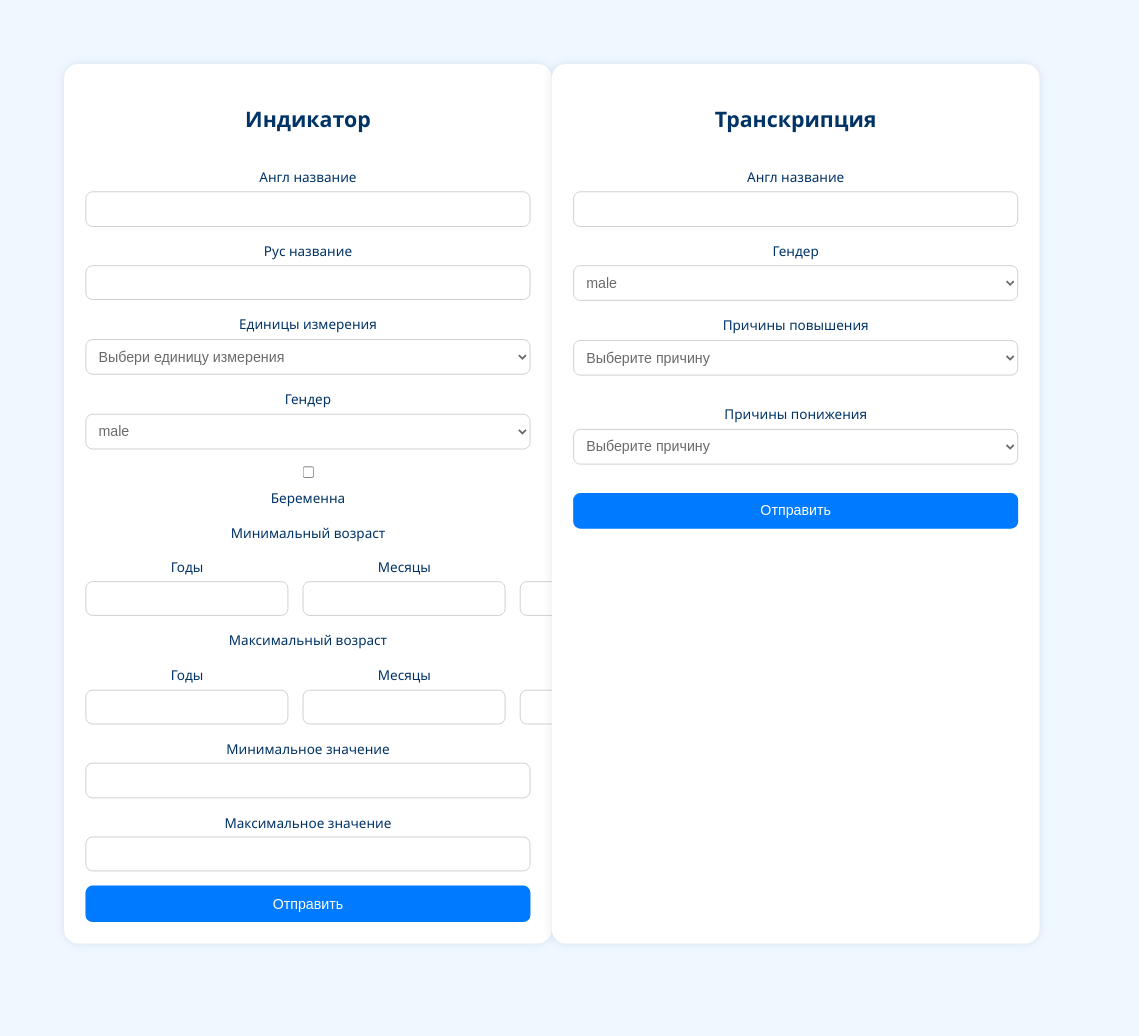
Repository: GGlebux/Transay
Page: / (app in frontend/)
An editor plug-in stored every save of this project. The page is shown before and after a run of saves, followed by the edit.
The browser window is 1280 px wide. The pictures show the whole page, at 89% of full size.
The project was rebuilt for these pictures with package versions that can differ from the ones it lists, and the page was loaded fresh each time. Also part of the build but not shown: frontend/vite.config.ts.

Above is the page before, as saved 2025-08-04 16:42:50.

After the next 2 saves:
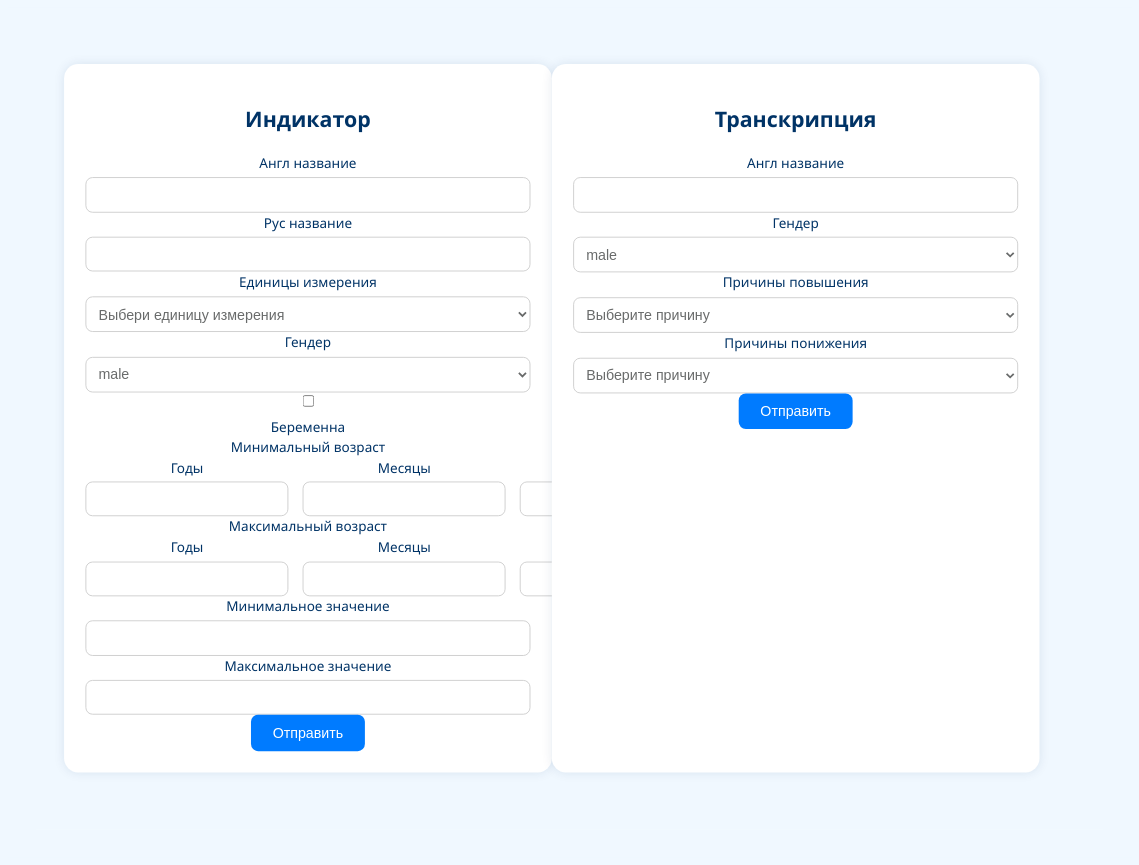
The 2 saves are shown as one change because they came seconds apart.
The last was saved 71 s later.
--- a/frontend/src/styles/forms.css
+++ b/frontend/src/styles/forms.css
@@ -36,6 +36,7 @@
   border-radius: 1rem;
   box-shadow: 0 0 12px rgba(0, 51, 102, 0.1);
   margin-bottom: 2rem;
+  m
   display: flex;
   flex-direction: column;
   gap: 1rem;

After the 3 saves that followed:
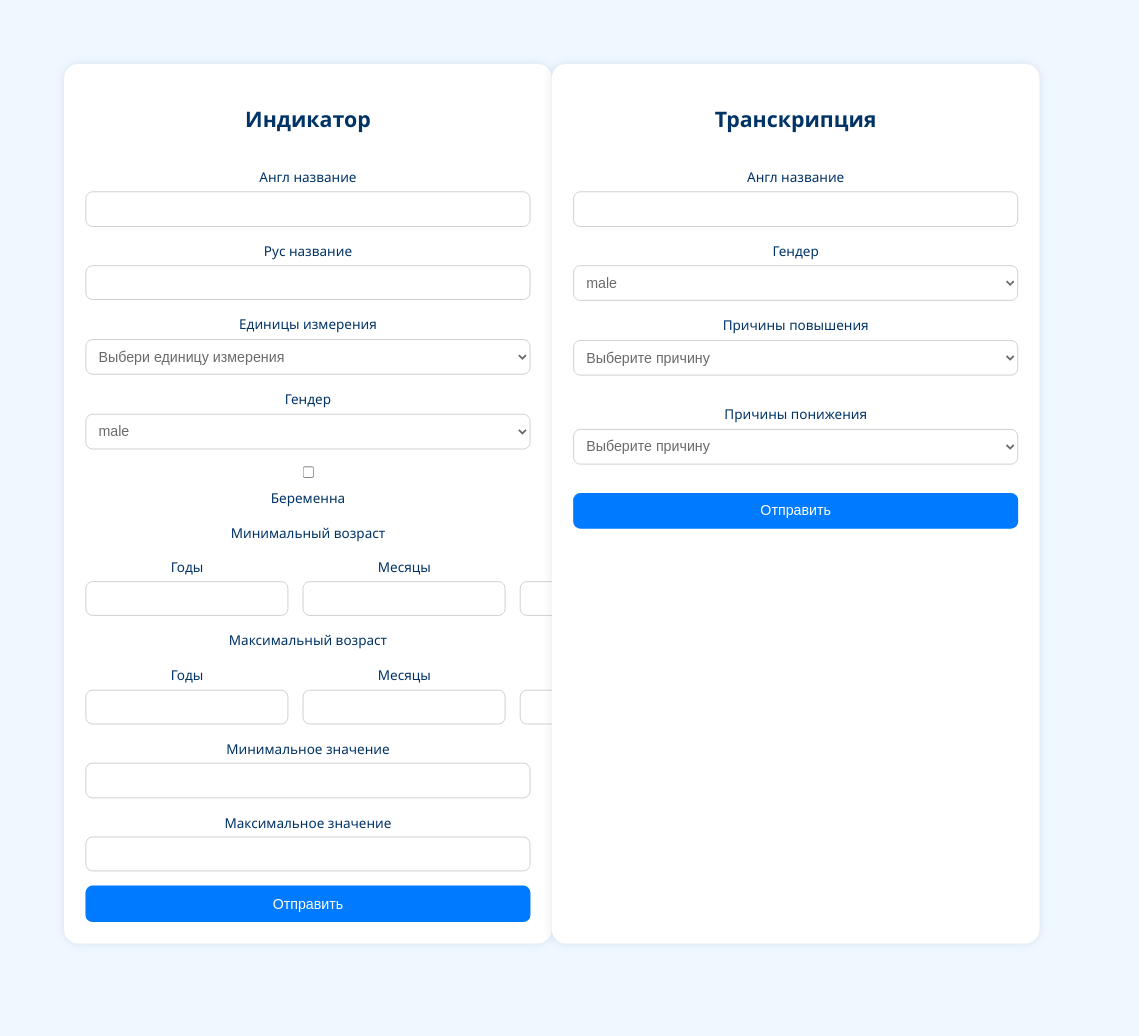
The 3 saves are shown as one change because 1 left the picture as it was and some came seconds apart.
The last was saved 17 s later.
--- a/frontend/src/styles/forms.css
+++ b/frontend/src/styles/forms.css
@@ -36,7 +36,6 @@
   border-radius: 1rem;
   box-shadow: 0 0 12px rgba(0, 51, 102, 0.1);
   margin-bottom: 2rem;
-  m
   display: flex;
   flex-direction: column;
   gap: 1rem;
